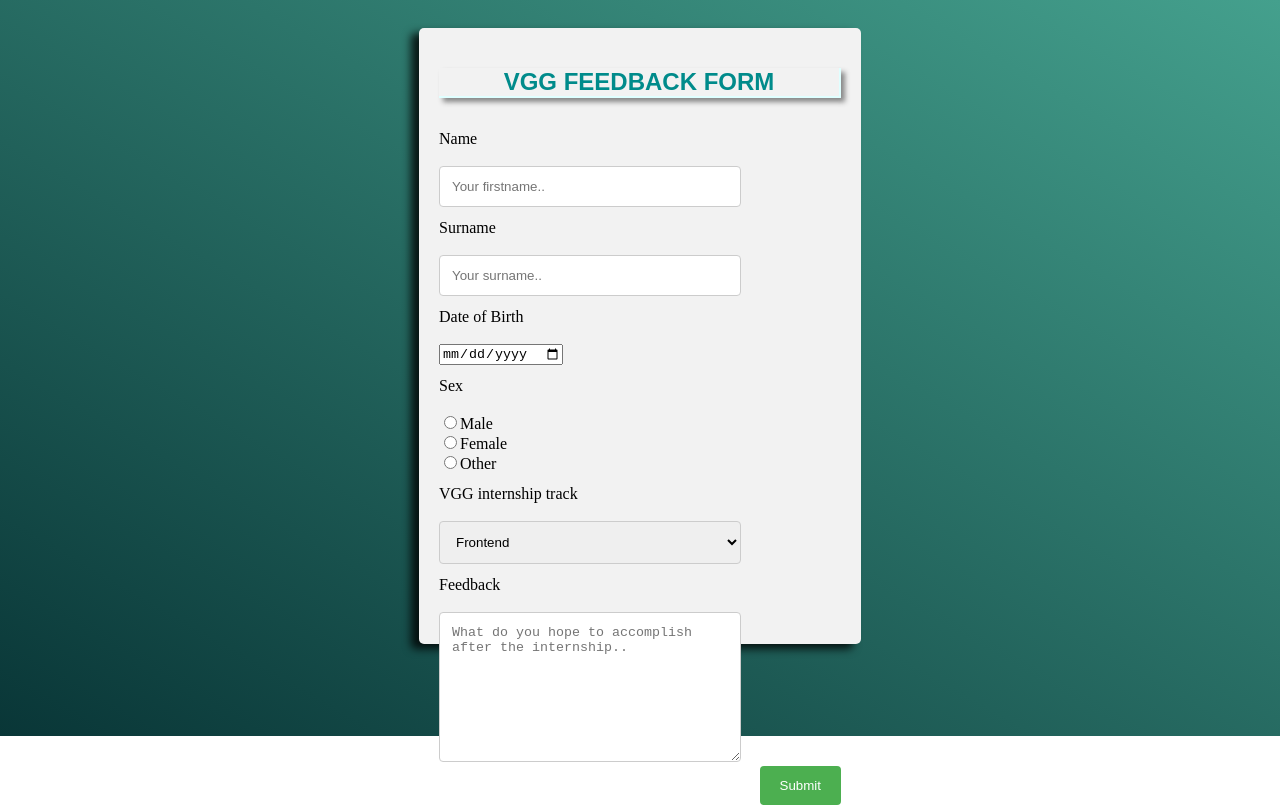
Repository: iphyokafor/VGG-Feedback-form
Page: index2.html
These files come from the project's save history. The page is drawn as it stood at one moment and after the next save; the edit follows.
The browser window is 1280 px wide. The pictures show the whole page.

Above is the page before, as saved 2020-01-13 01:24:46.

### index2.html
<!DOCTYPE html>
<html lang="en">

<head>
    <meta charset="UTF-8">
    <meta name="viewport" content="width=device-width, initial-scale=1.0">
    <meta http-equiv="X-UA-Compatible" content="ie=edge">
    <title>VGG feedback form</title>
    <link rel="stylesheet" href="./main.css">
</head>

<body>
    <div class="container">
        <form>
            <h2 class="heading">Vgg feedback form</h2>
            <div class="row">
                <div class="column1">
                    <label for="name">Name</label>
                </div>
                <div class="col-75">
                    <input type="text" class="txtinput" id="name" name="name" placeholder="Your firstname..">
                </div>
            </div>
            <div class="row">
                <div class="column1">
                    <label for="surname">Surname</label>
                </div>
                <div class="col-75">
                    <input type="text" class="txtinput" id="surname" name="surname" placeholder="Your surname..">
                </div>
            </div>
            <div class="row">
                <div class="column1">
                    <label for="dob">Date of Birth</label>
                </div>
                <div class="col-75">
                    <input type="date" id="date" name="date">
                </div>
            </div>
            <div class="row">
                <div class="column1">
                    <label for="sex">Sex</label>
                </div>
                <div class="col-75">
                    <input type="radio" name="gender">Male<br>
                    <input type="radio" name="gender">Female<br>
                    <input type="radio" name="gender">Other
                </div>
            </div>
            <div class="row">
                <div class="column1">
                    <label for="VGG internship">VGG internship track</label>
                </div>
                <div class="col-75">
                    <select id="VGG internship" name="VGG">
            <option value="frontend">Frontend</option>
            <option value="backend">Backend</option>
            <option value="ui/ux">UI/UX</option>
            <option value="software">Software Quality Assurance</option>
            <option value="devops">DevOps</option>
          </select>
                </div>
            </div>
            <div class="row">
                <div class="column1">
                    <label for="feedback">Feedback</label>
                </div>
                <div class="col-75">
                    <textarea id="feedback" name="feedback" placeholder="What do you hope to accomplish after the internship.." style="height:150px"></textarea>
                </div>
            </div>
            <div class="row">
                <input type="submit" class="btn" value="Submit">
            </div>
        </form>
    </div>

</body>

</html>

### main.css
/* Style inputs, select elements and textareas */

body {
    display: flex;
    justify-content: center;
    flex-wrap: wrap;
    background: linear-gradient(to right top, #093637, #44A08D);
    background-repeat: no-repeat;
    height: 100vh;
}

.txtinput,
select,
textarea {
    width: 100%;
    padding: 12px;
    border: 1px solid #ccc;
    border-radius: 4px;
    box-sizing: border-box;
    resize: vertical;
}


/* Style the label to display next to the inputs */

label {
    padding: 12px 12px 12px 0;
    display: inline-block;
}


/* Style the submit button */

.btn {
    background-color: #4CAF50;
    color: white;
    padding: 12px 20px;
    border: none;
    border-radius: 4px;
    cursor: pointer;
    float: right;
    transition: all 1s;
}

.btn:hover {
    transform: scale(1.1);
}


/* Style the container */

.container {
    height: 80vh;
    margin-top: 20px;
    border-radius: 5px;
    background-color: #f2f2f2;
    padding: 20px;
    box-shadow: -8px 5px 8px rgba(0, 0, 0, 0.8);
    transition: border 0.15s linear 0s, linear 0s, color 0.15s linear 0s;
}

.heading {
    text-transform: uppercase;
    font-family: Arial, Helvetica, sans-serif;
    color: darkcyan;
    border-bottom: 2px solid lightcyan;
    border-right: 2px solid lightcyan;
    box-shadow: 4px 4px 5px #888888;
    width: 400px;
    text-align: center;
}


/* Floating column for labels: 25% width */

.col-25 {
    float: left;
    width: 25%;
    margin-top: 6px;
    color: darkcyan;
}


/* Floating column for inputs: 75% width */

.col-75 {
    float: left;
    width: 75%;
    margin-top: 6px;
}


/* Clear floats after the columns */

.row:after {
    content: "";
    display: table;
    clear: both;
}


/* Responsive layout - when the screen is less than 600px wide, make the two columns stack on top of each other instead of next to each other */

@media screen and (max-width: 600px) {
    .col-25,
    .col-75,
    .btn {
        width: 100%;
        margin-top: 0;
    }
}

After the next save:
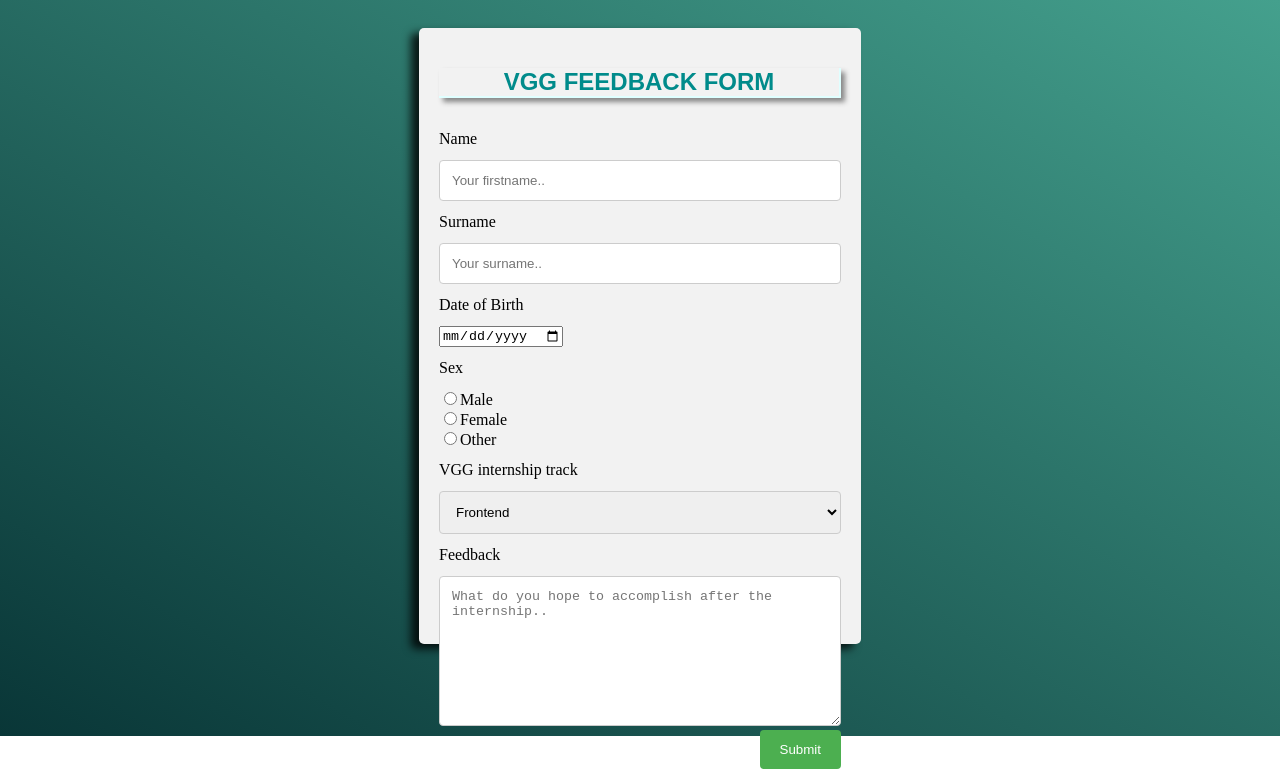
Saved 32 s later.
--- a/index2.html
+++ b/index2.html
@@ -17,7 +17,7 @@
                 <div class="column1">
                     <label for="name">Name</label>
                 </div>
-                <div class="col-75">
+                <div class="column4">
                     <input type="text" class="txtinput" id="name" name="name" placeholder="Your firstname..">
                 </div>
             </div>
@@ -25,7 +25,7 @@
                 <div class="column1">
                     <label for="surname">Surname</label>
                 </div>
-                <div class="col-75">
+                <div class="column4">
                     <input type="text" class="txtinput" id="surname" name="surname" placeholder="Your surname..">
                 </div>
             </div>
@@ -33,7 +33,7 @@
                 <div class="column1">
                     <label for="dob">Date of Birth</label>
                 </div>
-                <div class="col-75">
+                <div class="column4">
                     <input type="date" id="date" name="date">
                 </div>
             </div>
@@ -41,7 +41,7 @@
                 <div class="column1">
                     <label for="sex">Sex</label>
                 </div>
-                <div class="col-75">
+                <div class="column4">
                     <input type="radio" name="gender">Male<br>
                     <input type="radio" name="gender">Female<br>
                     <input type="radio" name="gender">Other
@@ -51,7 +51,7 @@
                 <div class="column1">
                     <label for="VGG internship">VGG internship track</label>
                 </div>
-                <div class="col-75">
+                <div class="column4">
                     <select id="VGG internship" name="VGG">
             <option value="frontend">Frontend</option>
             <option value="backend">Backend</option>
@@ -65,7 +65,7 @@
                 <div class="column1">
                     <label for="feedback">Feedback</label>
                 </div>
-                <div class="col-75">
+                <div class="column4">
                     <textarea id="feedback" name="feedback" placeholder="What do you hope to accomplish after the internship.." style="height:150px"></textarea>
                 </div>
             </div>
